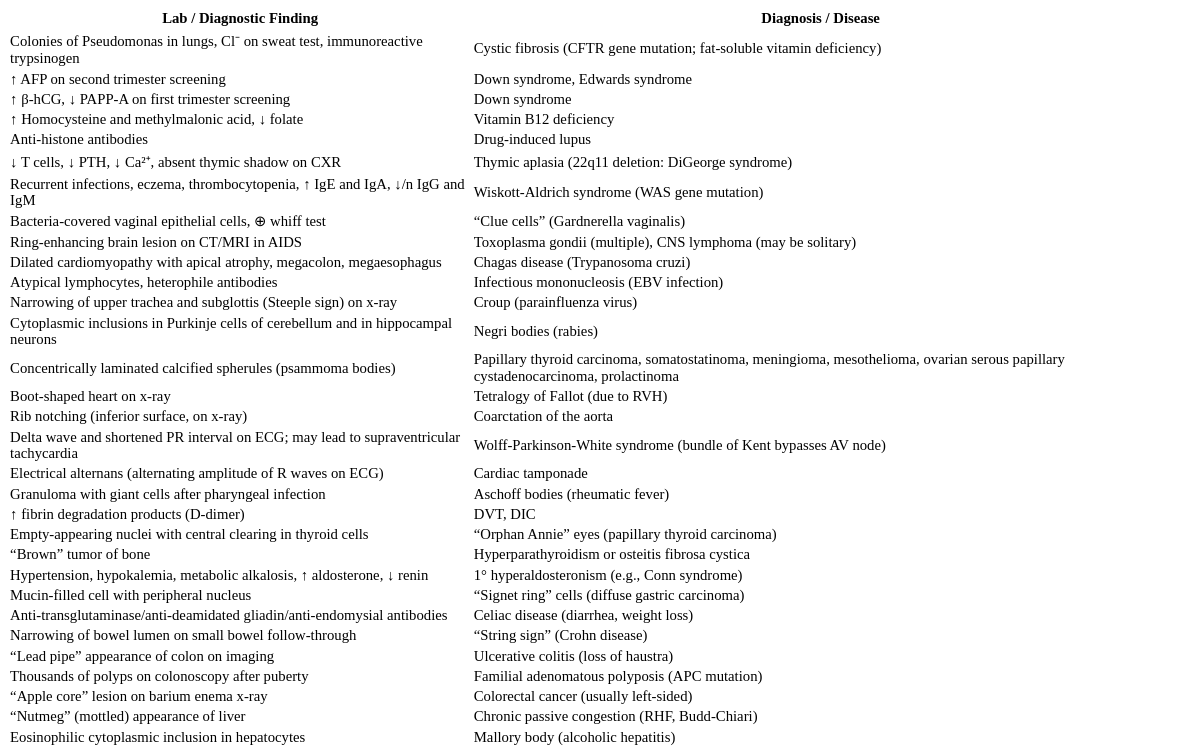
Repository: sharperdragon/STEVEL-1-Summaries
Page: subdex/rapid_findings.table.html
These files come from the project's save history. The page is drawn as it stood at one moment and after the next save; the edit follows.
The browser window is 1280 px wide. The pictures show the whole page, at 92% of full size.

Above is the page before, as saved 2025-05-21 08:16:51.

### subdex/rapid_findings.table.html
<div class="responsive-container">
  <table class="table3" id="rr-associations">
    <thead>
      <tr>
        <th>Lab / Diagnostic Finding</th>
        <th>Diagnosis / Disease</th>
      </tr>
    </thead>
    <tbody>
      <tr>
        <td>Colonies of Pseudomonas in lungs, Cl⁻ on sweat test, immunoreactive trypsinogen</td>
        <td>Cystic fibrosis (CFTR gene mutation; fat-soluble vitamin deficiency)</td>
      </tr>
      <tr>
        <td>↑ AFP on second trimester screening</td>
        <td>Down syndrome, Edwards syndrome</td>
      </tr>
      <tr>
        <td>↑ β-hCG, ↓ PAPP-A on first trimester screening</td>
        <td>Down syndrome</td>
      </tr>
      <tr>
        <td>↑ Homocysteine and methylmalonic acid, ↓ folate</td>
        <td>Vitamin B12 deficiency</td>
      </tr>
      <tr>
        <td>Anti-histone antibodies</td>
        <td>Drug-induced lupus</td>
      </tr>
      <tr>
        <td>↓ T cells, ↓ PTH, ↓ Ca²⁺, absent thymic shadow on CXR</td>
        <td>Thymic aplasia (22q11 deletion: DiGeorge syndrome)</td>
      </tr>
      <tr>
        <td>Recurrent infections, eczema, thrombocytopenia, ↑ IgE and IgA, ↓/n IgG and IgM</td>
        <td>Wiskott-Aldrich syndrome (WAS gene mutation)</td>
      </tr>
      <tr>
        <td>Bacteria-covered vaginal epithelial cells, ⊕ whiff test</td>
        <td>“Clue cells” (Gardnerella vaginalis)</td>
      </tr>
      <tr>
        <td>Ring-enhancing brain lesion on CT/MRI in AIDS</td>
        <td>Toxoplasma gondii (multiple), CNS lymphoma (may be solitary)</td>
      </tr>
      <tr>
        <td>Dilated cardiomyopathy with apical atrophy, megacolon, megaesophagus</td>
        <td>Chagas disease (Trypanosoma cruzi)</td>
      </tr>
      <tr>
        <td>Atypical lymphocytes, heterophile antibodies</td>
        <td>Infectious mononucleosis (EBV infection)</td>
      </tr>
      <tr>
        <td>Narrowing of upper trachea and subglottis (Steeple sign) on x-ray</td>
        <td>Croup (parainfluenza virus)</td>
      </tr>
      <tr>
        <td>Cytoplasmic inclusions in Purkinje cells of cerebellum and in hippocampal neurons</td>
        <td>Negri bodies (rabies)</td>
      </tr>
      <tr>
        <td>Concentrically laminated calcified spherules (psammoma bodies)</td>
        <td>Papillary thyroid carcinoma, somatostatinoma, meningioma, mesothelioma, ovarian serous papillary cystadenocarcinoma, prolactinoma</td>
      </tr>
      <tr>
        <td>Boot-shaped heart on x-ray</td>
        <td>Tetralogy of Fallot (due to RVH)</td>
      </tr>
      <tr>
        <td>Rib notching (inferior surface, on x-ray)</td>
        <td>Coarctation of the aorta</td>
      </tr>
      <tr>
        <td>Delta wave and shortened PR interval on ECG; may lead to supraventricular tachycardia</td>
        <td>Wolff-Parkinson-White syndrome (bundle of Kent bypasses AV node)</td>
      </tr>
      <tr>
        <td>Electrical alternans (alternating amplitude of R waves on ECG)</td>
        <td>Cardiac tamponade</td>
      </tr>
      <tr>
        <td>Granuloma with giant cells after pharyngeal infection</td>
        <td>Aschoff bodies (rheumatic fever)</td>
      </tr>
      <tr>
        <td>↑ fibrin degradation products (D-dimer)</td>
        <td>DVT, DIC</td>
      </tr>
      <tr>
        <td>Empty-appearing nuclei with central clearing in thyroid cells</td>
        <td>“Orphan Annie” eyes (papillary thyroid carcinoma)</td>
      </tr>
      <tr>
        <td>“Brown” tumor of bone</td>
        <td>Hyperparathyroidism or osteitis fibrosa cystica</td>
      </tr>
      <tr>
        <td>Hypertension, hypokalemia, metabolic alkalosis, ↑ aldosterone, ↓ renin</td>
        <td>1° hyperaldosteronism (e.g., Conn syndrome)</td>
      </tr>
      <tr>
        <td>Mucin-filled cell with peripheral nucleus</td>
        <td>“Signet ring” cells (diffuse gastric carcinoma)</td>
      </tr>
      <tr>
        <td>Anti-transglutaminase/anti-deamidated gliadin/anti-endomysial antibodies</td>
        <td>Celiac disease (diarrhea, weight loss)</td>
      </tr>
      <tr>
        <td>Narrowing of bowel lumen on small bowel follow-through</td>
        <td>“String sign” (Crohn disease)</td>
      </tr>
      <tr>
        <td>“Lead pipe” appearance of colon on imaging</td>
        <td>Ulcerative colitis (loss of haustra)</td>
      </tr>
      <tr>
        <td>Thousands of polyps on colonoscopy after puberty</td>
        <td>Familial adenomatous polyposis (APC mutation)</td>
      </tr>
      <tr>
        <td>“Apple core” lesion on barium enema x-ray</td>
        <td>Colorectal cancer (usually left-sided)</td>
      </tr>
      <tr>
        <td>“Nutmeg” (mottled) appearance of liver</td>
        <td>Chronic passive congestion (RHF, Budd-Chiari)</td>
      </tr>
      <tr>
        <td>Eosinophilic cytoplasmic inclusion in hepatocytes</td>
        <td>Mallory body (alcoholic hepatitis)</td>
      </tr>
    </tbody>
  </table>
</div>

After the next save:
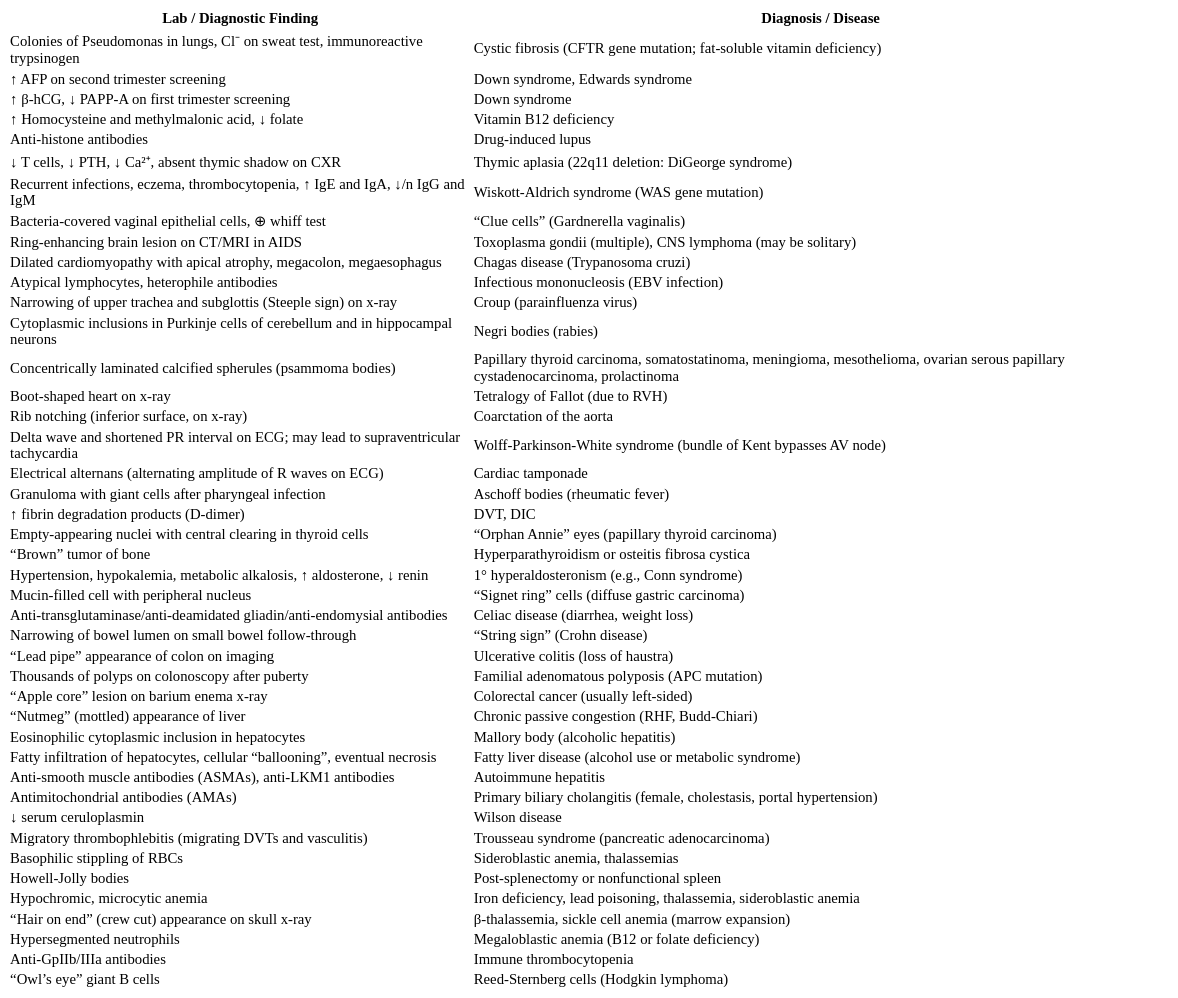
Saved 69 s later.
--- a/subdex/rapid_findings.table.html
+++ b/subdex/rapid_findings.table.html
@@ -131,6 +131,54 @@
         <td>Eosinophilic cytoplasmic inclusion in hepatocytes</td>
         <td>Mallory body (alcoholic hepatitis)</td>
       </tr>
+      <tr>
+        <td>Fatty infiltration of hepatocytes, cellular “ballooning”, eventual necrosis</td>
+        <td>Fatty liver disease (alcohol use or metabolic syndrome)</td>
+      </tr>
+      <tr>
+        <td>Anti-smooth muscle antibodies (ASMAs), anti-LKM1 antibodies</td>
+        <td>Autoimmune hepatitis</td>
+      </tr>
+      <tr>
+        <td>Antimitochondrial antibodies (AMAs)</td>
+        <td>Primary biliary cholangitis (female, cholestasis, portal hypertension)</td>
+      </tr>
+      <tr>
+        <td>↓ serum ceruloplasmin</td>
+        <td>Wilson disease</td>
+      </tr>
+      <tr>
+        <td>Migratory thrombophlebitis (migrating DVTs and vasculitis)</td>
+        <td>Trousseau syndrome (pancreatic adenocarcinoma)</td>
+      </tr>
+      <tr>
+        <td>Basophilic stippling of RBCs</td>
+        <td>Sideroblastic anemia, thalassemias</td>
+      </tr>
+      <tr>
+        <td>Howell-Jolly bodies</td>
+        <td>Post-splenectomy or nonfunctional spleen</td>
+      </tr>
+      <tr>
+        <td>Hypochromic, microcytic anemia</td>
+        <td>Iron deficiency, lead poisoning, thalassemia, sideroblastic anemia</td>
+      </tr>
+      <tr>
+        <td>“Hair on end” (crew cut) appearance on skull x-ray</td>
+        <td>β-thalassemia, sickle cell anemia (marrow expansion)</td>
+      </tr>
+      <tr>
+        <td>Hypersegmented neutrophils</td>
+        <td>Megaloblastic anemia (B12 or folate deficiency)</td>
+      </tr>
+      <tr>
+        <td>Anti-GpIIb/IIIa antibodies</td>
+        <td>Immune thrombocytopenia</td>
+      </tr>
+      <tr>
+        <td>“Owl’s eye” giant B cells</td>
+        <td>Reed-Sternberg cells (Hodgkin lymphoma)</td>
+      </tr>
     </tbody>
   </table>
 </div>
